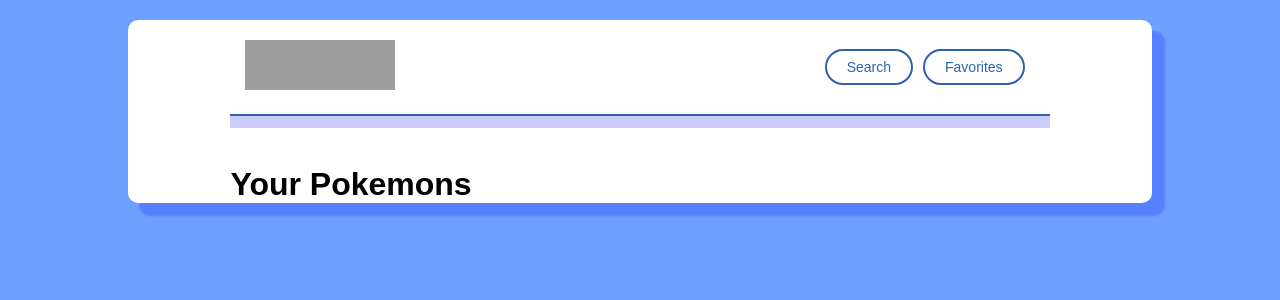
Repository: Rashiduulu/zeon-ithub-second-project
Page: FavoritePage/Favorite.html
The author's editor kept a copy of each file at every save. The page is drawn from the files as they stood at one save, then again after the next save.
The browser window is 1280 px wide. The pictures show the whole page.
Pictures or frames that could not be fetched are drawn as grey boxes.

Above is the page before, as saved 2022-11-16 14:27:14.
Console error: TypeError: Cannot read properties of null (reading 'length')

### FavoritePage/Favorite.html
<!DOCTYPE html>
<html lang="en">

<head>
    <meta charset="UTF-8">
    <meta http-equiv="X-UA-Compatible" content="IE=edge">
    <meta name="viewport" content="width=device-width, initial-scale=1.0">
    <title>Document</title>
    <link rel="stylesheet" href="https://cdnjs.cloudflare.com/ajax/libs/font-awesome/6.0.0-beta3/css/all.min.css"
        integrity="sha512-Fo3rlrZj/k7ujTnHg4CGR2D7kSs0v4LLanw2qksYuRlEzO+tcaEPQogQ0KaoGN26/zrn20ImR1DfuLWnOo7aBA=="
        crossorigin="anonymous" referrerpolicy="no-referrer" />
    <link rel="stylesheet" href="./style.css">
</head>

<body>
    <div class="bg-color container">
        <header class="header container flex">
            <a href="../Home.html">
                <img class="logo" src="../imgs/Pokémon_logo.svg.png" alt="logo">
            </a>
            <div>
                <ul class="navbar flex">
                    <a href="../Home.html">
                        <li class="nav">Search</li>
                    </a>
                    <a href="./Favorite.html">
                        <li class="nav">Favorites</li>
                    </a>
                </ul>
            </div>
        </header>

        <div class="content container">
            <h1>Your Pokemons</h1>
        </div>

        <div class="container" id="favorite-cart">

        </div>
        <div class="false"></div>

        <script src="./script.js"></script>

</body>

</html>

### FavoritePage/style.css
* {
  margin: 0;
  padding: 0;
  box-sizing: border-box;
  font-family: sans-serif;
}

body {
  background: rgb(109, 160, 255);
}

.bg-color {
  background: #fff;
  box-shadow: 12px 12px 2px 1px rgba(0, 0, 255, 0.2);
  border-radius: 10px;
}

li {
  list-style-type: none;
}

a {
  text-decoration: none;
}

.container {
  width: 80%;
  margin: 0 auto;
}

.flex {
  display: flex;
}

.cu-p {
  cursor: pointer;
}
/*********************** header ***************************/

.header {
  align-items: center;
  justify-content: space-between;
  padding: 20px 15px;
  border-bottom: 2px solid rgb(47, 97, 177);
  box-shadow: 0 12px rgba(0, 0, 255, 0.2);
  margin-top: 20px;
}

.logo {
  width: 150px;
  height: 50px;
  cursor: pointer;
  transition: all 0.3s ease-out;
}

.logo:hover {
  transform: translateX(14px);
}

.nav {
  color: rgb(47, 97, 177);
  font-size: 14px;
  padding: 8px 20px;
  margin-right: 10px;
  border: 2px solid rgb(47, 97, 177);
  border-radius: 30px;
  cursor: pointer;
  transition: color 0.3s ease-out;
}

.nav:hover {
  background: rgb(254, 254, 7);
  color: rgb(47, 97, 177);
  border: 2px solid rgb(254, 254, 7);
}

.content {
  margin-top: 50px;
}

.showFav {
  display: flex;
}

/*********************************************************/

.card {
  display: flex;
  flex-direction: column;
  align-items: center;
  position: relative;
  background: rgb(132, 172, 238);
  border-radius: 5px;
  margin-right: 15px;
  height: 340px;
  width: 250px;
  padding: 20px 10px;
  margin: 40px 0;
  box-shadow: 4px 6px 2px 1px rgba(0, 0, 255, 0.2);
  transition: all 0.2s ease-in;
}

.card:hover {
  transform: translateY(2px);
  box-shadow: none;
}

.card .left-side img {
  width: 185px;
  height: 150px;
  transition: all 0.1s ease-out;
}

.card .left-side {
  display: flex;
  flex-direction: column;
  align-items: center;
  color: rgb(23, 64, 130);
}

.poke-name {
  margin: 10px 0 5px;
  letter-spacing: 1px;
}

.left-side h3:nth-child(3) {
  margin: 10px 0;
}

.info-btn {
  position: absolute;
  top: 80px;
  right: 10px;
  color: rgb(47, 97, 177);
  font-size: 14px;
  padding: 4px 20px;
  margin-right: 10px;
  border: 2px solid rgb(47, 97, 177);
  border-radius: 30px;
  cursor: pointer;
  transition: color 0.3s ease-out;
  justify-content: flex-end;
  background: rgb(187, 187, 187);
}

.info-btn:hover {
  background: rgb(255, 255, 95);
  color: rgb(47, 97, 177);
  border: 2px solid rgb(255, 255, 95);
}

#favorite-cart {
  display: grid;
  grid-template-columns: repeat(4, 1fr);
  gap: 10px;
}

.fa-circle-xmark {
  position: absolute;
  top: 14px;
  right: 14px;
  font-size: 25px;
  color: rgb(71, 127, 224);
  cursor: pointer;
  transition: font-size 0.2s ease-out;
}

.fa-circle-xmark:hover {
  color: rgb(255, 84, 84);
  font-size: 27px;
}

.notPoke {
  display: flex;
  margin-top: 50px;
  color: rgb(255, 106, 106);
  height: 70vh;
  width: 100%;
}

### FavoritePage/script.js
const favCart = document.querySelector("#favorite-cart");
const falseC = document.querySelector(".false");
//  localStorage.setItem("data", card);
const card = JSON.parse(localStorage.getItem("favorites"));
console.log(card);
// favCart.textContent = JSON.stringify(card);

function PokeCart() {
  if (card.length > 0) {
    const pokeHTML = card
      .map((p) => {
        return `
       <div class="card" data-id = "${p.id}">
         <div class="left-side">
           <img class="poke-img" src="${p.image}" />
           <h2 class="poke-name">${p.name}</h2>
           <h3>Weight: ${p.weight}</h3>
           <h3>Type: ${p.type}</h3>
         </div>
         <div class="right-side">
         <i class="fas fa-circle-xmark"></i>
         </div>
     </div>
    `;
      })
      .join("");
    favCart.innerHTML = pokeHTML;
  } else {
    const noPoke = `<h1 class="notPoke">No Pokemons :(</h1>`;
    falseC.innerHTML = noPoke;
  }
}
PokeCart();

// window.addEventListener("click", function (event) {
//   if (event.target.hasAttribute("src")) {
//     // const card = event.target.closest(".card");
//     //   console.log(card);
//       const card = JSON.parse(localStorage.getItem("favorites"));
//       console.log(card);

//     const productInfo = {
//       id: card.dataset.id,
//       image: card.querySelector(".poke-img").getAttribute("src"),
//       name: card.querySelector(".poke-name").innerText,
//     };
//     //    localStorage.setItem("data", JSON.stringify(productInfo));

//     let cartFavHtml = `
//         <div class="card" data-id = "${productInfo.id}">
//         <div class="left-side">
//           <img class="poke-img" src="${productInfo.image}" />
//           <h4 class="poke-name">${productInfo.name}</h4>
//         </div>
//         <div class="right-side">
//          <a href = "#" class = "info-btn">info</a>
//          <img class="add-to-fav" src="./imgs/liked.png" />
//         </div>
//     </div>
//     `;
//     const localPokes = localStorage.getItem("data");
//     //   log
//     //   if (localPokes) {
//     //     localStorage.setItem("data", JSON.stringify([...localPokes, productInfo])
//     //     );
//     //   } else {
//     //       localStorage.setItem("data", JSON.stringify([productInfo]))
//     //   }

//     //   const getItem = this.localStorage.getItem(productInfo);
//     //   console.log(productInfo, favCart);
//     //   console.log("html element", favCart);
//     favCart.textContent = card;
//   }
// });

After the next save:
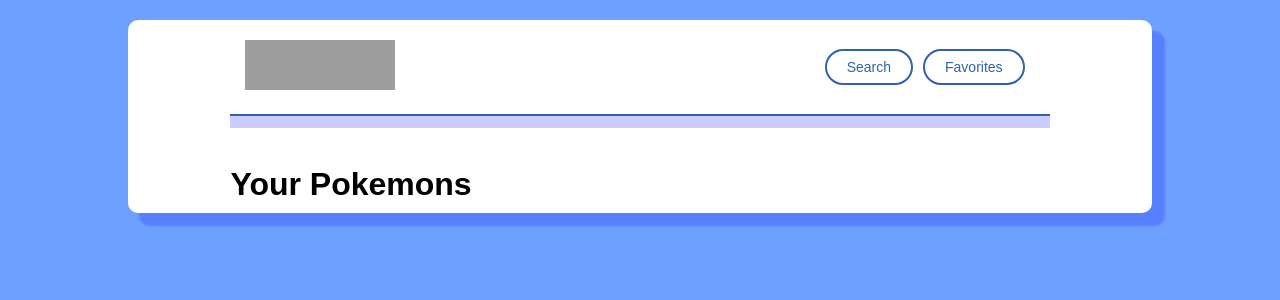
Saved 13 s later.
--- a/FavoritePage/style.css
+++ b/FavoritePage/style.css
@@ -152,7 +152,7 @@
 #favorite-cart {
   display: grid;
   grid-template-columns: repeat(4, 1fr);
-  gap: 10px;
+  grid-template-rows: 10px;
 }
 
 .fa-circle-xmark {

After the save that followed:
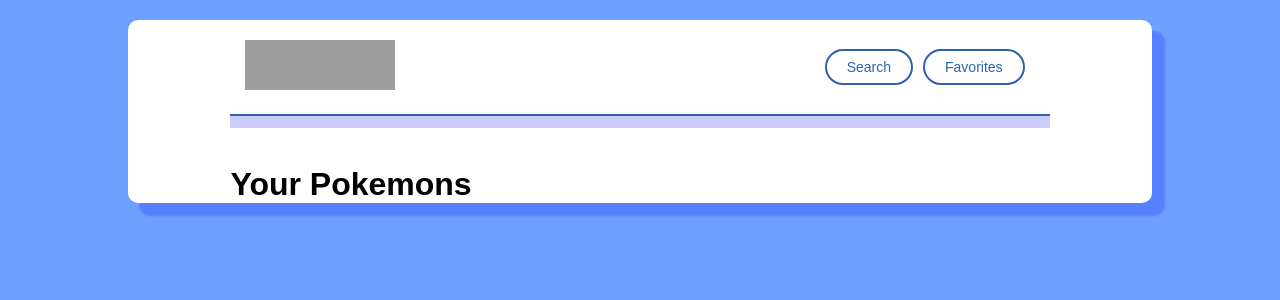
Saved 6 s later.
--- a/FavoritePage/style.css
+++ b/FavoritePage/style.css
@@ -152,7 +152,7 @@
 #favorite-cart {
   display: grid;
   grid-template-columns: repeat(4, 1fr);
-  grid-template-rows: 10px;
+  ga
 }
 
 .fa-circle-xmark {
